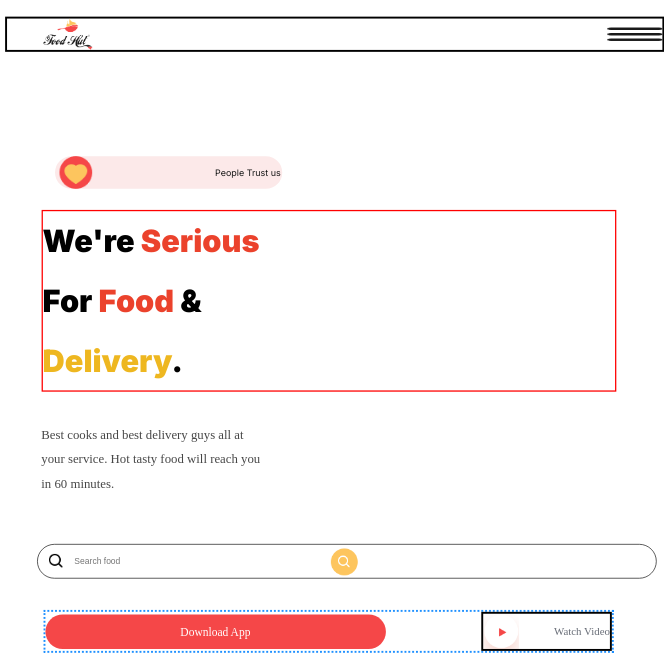
Repository: ReyhanehRahmani/Food-Hut
Page: FoodHut.html
An editor plug-in stored every save of this project. The page is shown before and after the next save, followed by the edit.
The browser window is 1024 px wide. The page is 1038 px wide, so the pictures cover 1038 px, including what lies to the right of the window. The pictures show the whole page, at 64% of full size.
Some web fonts or font styles are not loaded; a fallback is used.

Above is the page before, as saved 2025-05-29 00:07:09.

After the next save:
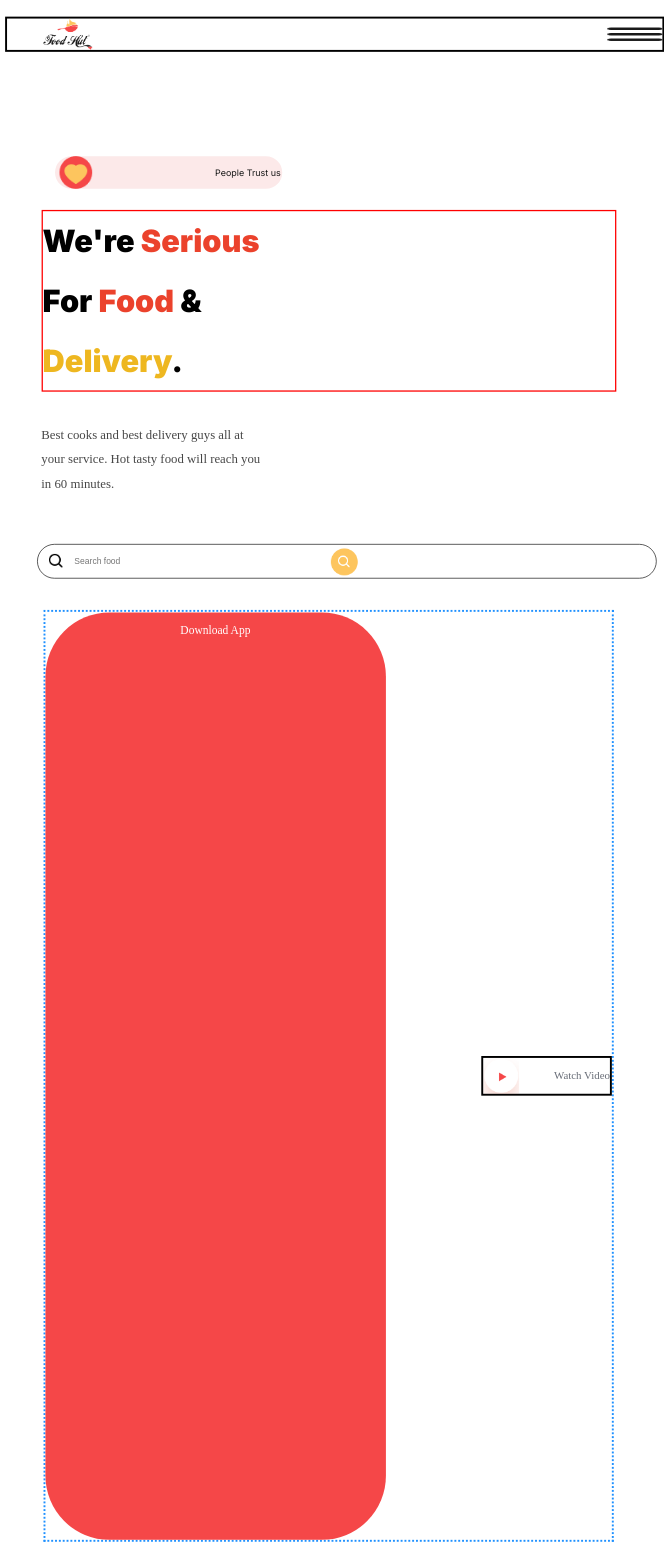
Saved 17 s later.
--- a/FoodHut.css
+++ b/FoodHut.css
@@ -182,7 +182,7 @@
 
 #download{
     width: 60.085106383%;
-    height: 80.538461538%;
+    height: 80.538461538em;
     border-radius: 100px;
     background-color: #F54748;
     font-family: "Sofia Sans";

After the save that followed:
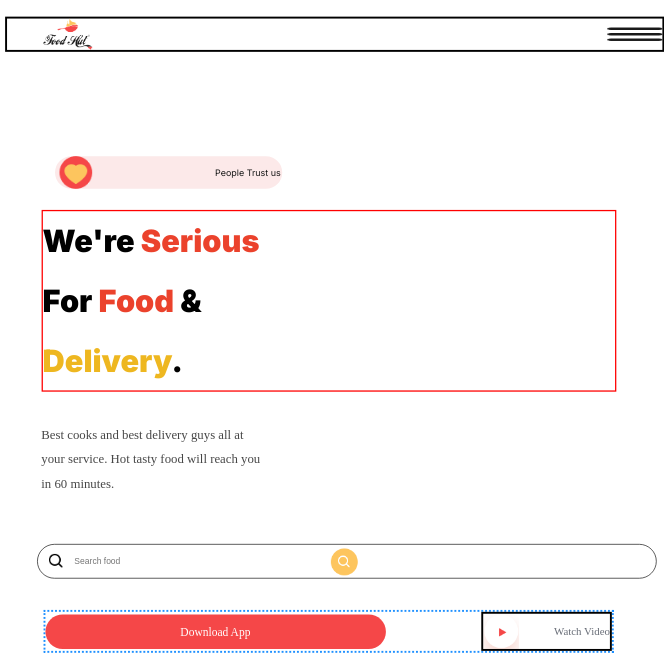
Saved 14 s later.
--- a/FoodHut.css
+++ b/FoodHut.css
@@ -182,7 +182,7 @@
 
 #download{
     width: 60.085106383%;
-    height: 80.538461538em;
+    height: 80.538461538%;
     border-radius: 100px;
     background-color: #F54748;
     font-family: "Sofia Sans";
